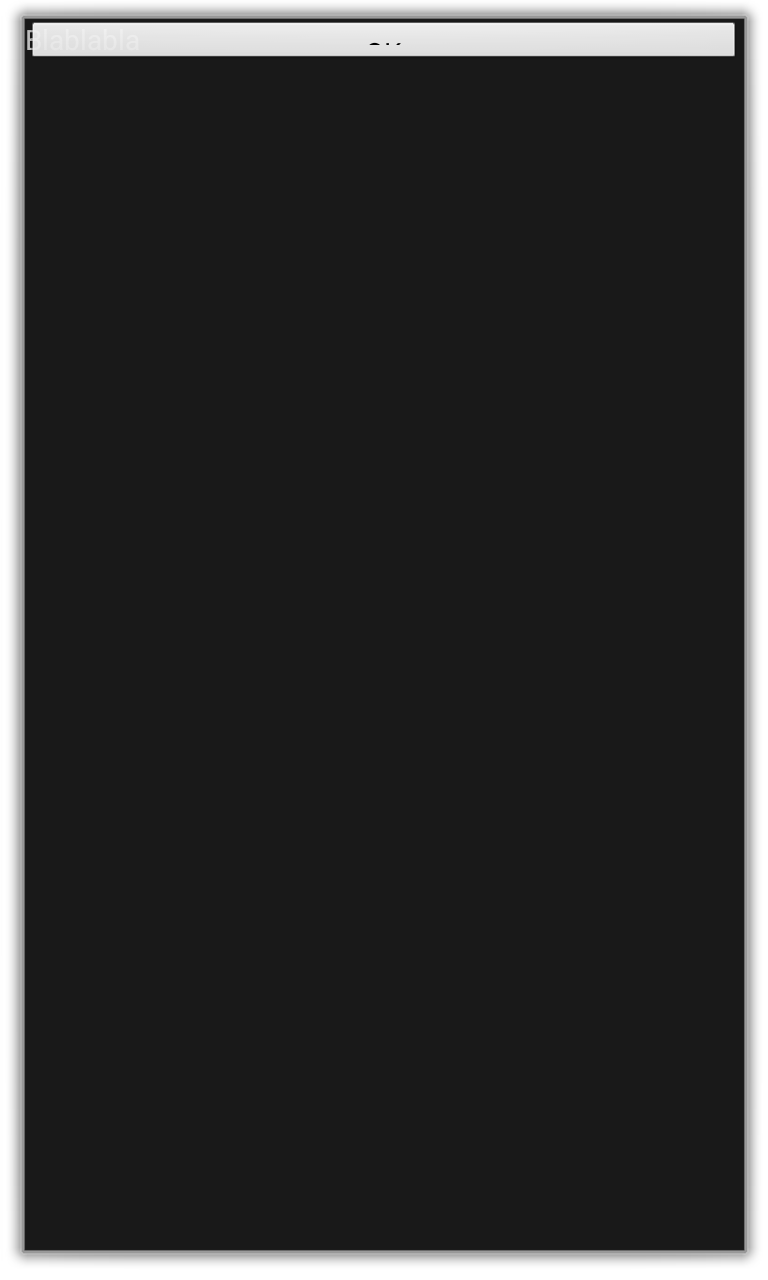
Repository: ychevalier/AnnoyingApp
Layout: Android/AnnoyingApp/res/layout/activity_annoying.xml
The author's editor kept a copy of each file at every save. The layout is drawn from the files as they stood at one save, then again after the next save.
It is drawn on a 768 x 1280 px phone screen (xhdpi) without system bars, with theme android:Theme.Dialog; the app's code is not run.

Above is the layout before, as saved 2013-03-25 14:02:24.

### Android/AnnoyingApp/res/layout/activity_annoying.xml
<?xml version="1.0" encoding="utf-8"?>
<RelativeLayout xmlns:android="http://schemas.android.com/apk/res/android"
    android:layout_width="match_parent"
    android:layout_height="match_parent" >

    <TextView
        android:id="@+id/activity_annoying_content_text"
        android:layout_width="match_parent"
        android:layout_height="wrap_content"
        android:text="Blablabla" />

    <LinearLayout
        android:layout_width="match_parent"
        android:layout_height="wrap_content"
        android:orientation="horizontal"
        android:layout_below="" >

        <Button
            android:layout_width="match_parent"
            android:layout_height="@dimen/dialog_button_size"
            android:text="@android:string/yes" />

        <Button
            android:layout_width="match_parent"
            android:layout_height="@dimen/dialog_button_size"
            android:text="@android:string/no" />
    </LinearLayout>

</RelativeLayout>

### Android/AnnoyingApp/res/values/dimens.xml
<resources>

    <!-- Default screen margins, per the Android Design guidelines. -->
    <dimen name="activity_horizontal_margin">16dp</dimen>
    <dimen name="activity_vertical_margin">16dp</dimen>

    <dimen name="dialog_button_size">24dp</dimen>

</resources>

After the next save:
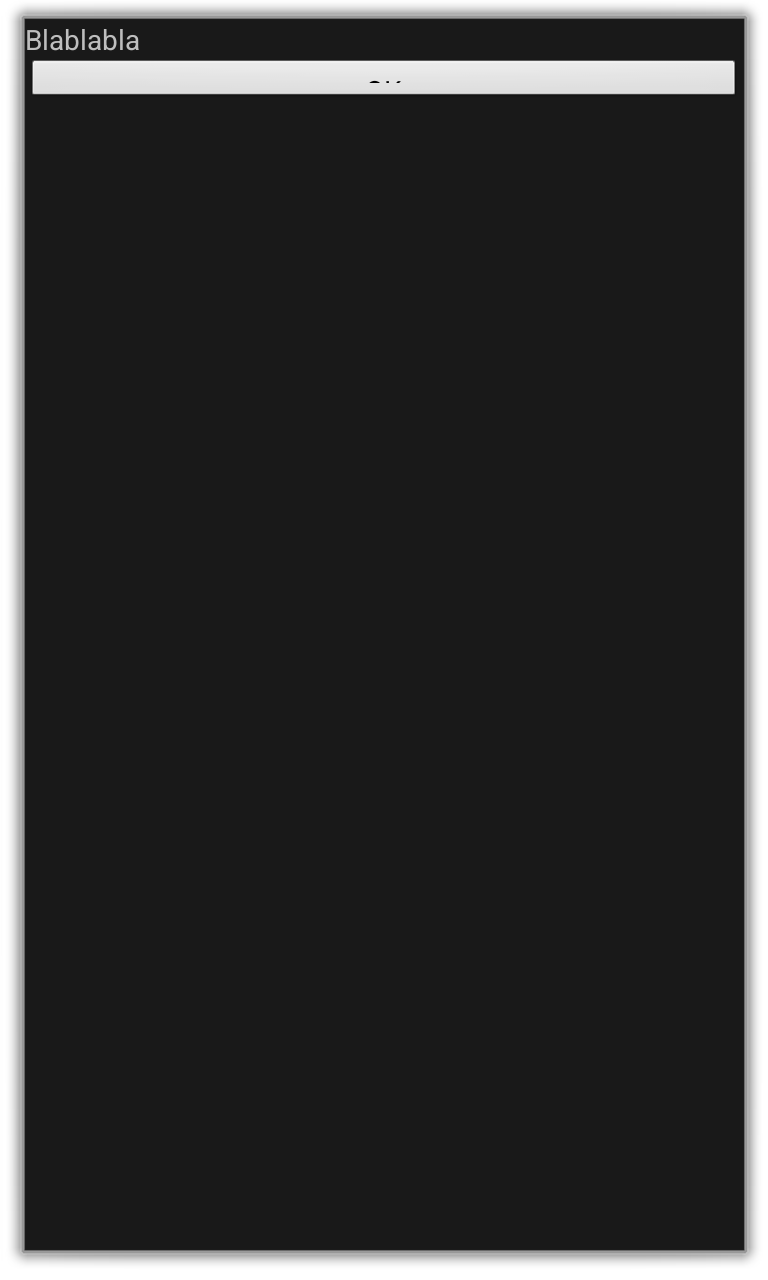
Saved 10 s later.
--- a/Android/AnnoyingApp/res/layout/activity_annoying.xml
+++ b/Android/AnnoyingApp/res/layout/activity_annoying.xml
@@ -13,7 +13,7 @@
         android:layout_width="match_parent"
         android:layout_height="wrap_content"
         android:orientation="horizontal"
-        android:layout_below="" >
+        android:layout_below="@id/activity_annoying_content_text" >
 
         <Button
             android:layout_width="match_parent"
